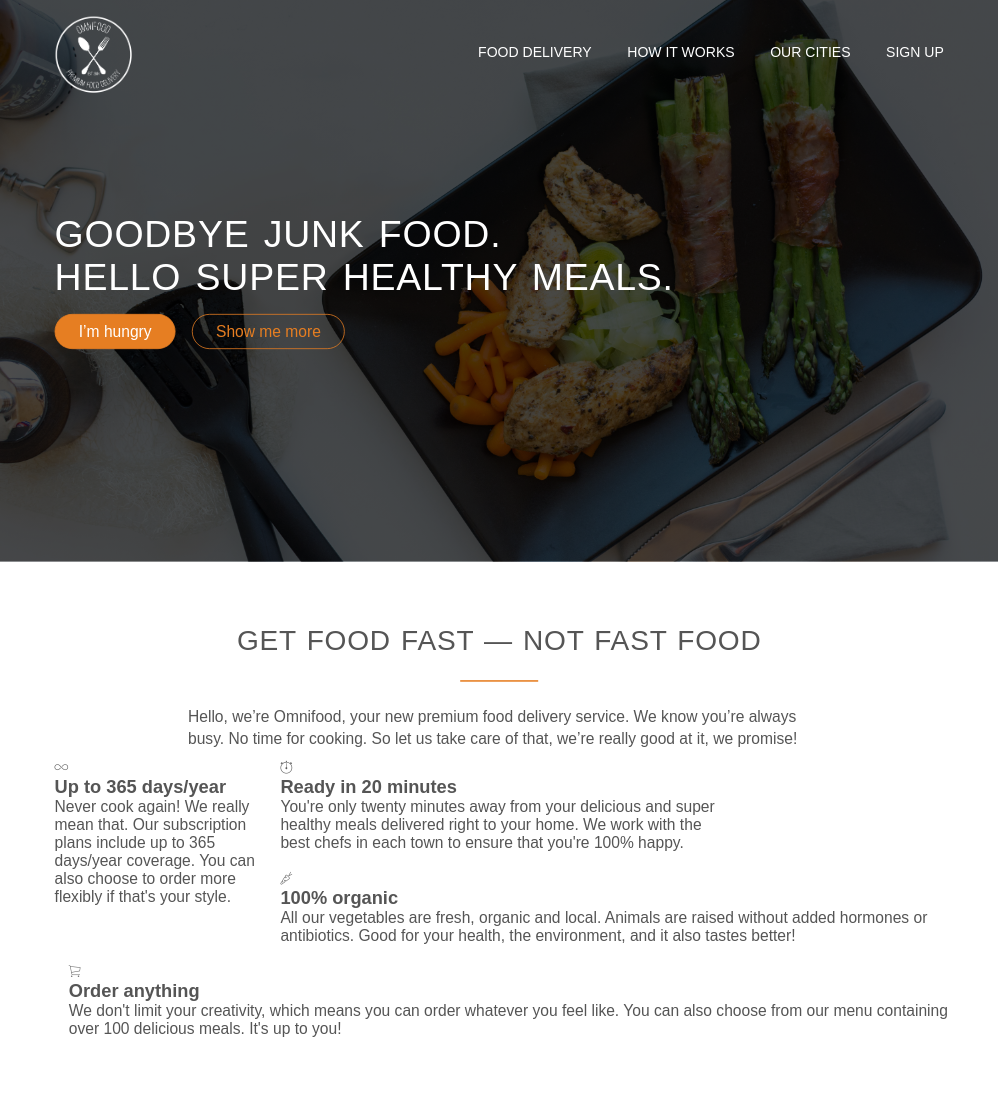
Repository: pboi18/E-Foods
Page: index.html
These files come from the project's save history. The page is drawn as it stood at one moment and after the next save; the edit follows.
The browser window is 1280 px wide. The pictures show the whole page, at 78% of full size.

Above is the page before, as saved 2020-07-10 12:55:28.

### index.html
<!DOCTYPE html>
<html lang="en">
    <head>
        <meta http-equiv="Content-Type" content="text/html;charset=UTF-8">
        <link rel="stylesheet" href="vendors/css/normalize.css">
        <link rel="stylesheet" href="vendors/css/7.1 Grid.css">
        <link rel="stylesheet" href="vendors/css/ionicons.min.css">
        <link rel="stylesheet" href="resources/css/style.css">
        <link href='http://fonts.googleapis.com/css?family=Lato:100,300,400,300italic' rel='stylesheet' type='text/css'>
        <title>Ominifoods</title>
    </head>

    <body>
        <header>
            <nav>
                <div class="row">
                    <img src="resources/img/logo-white.png" alt="Ominifood logo" class="logo">

                    <ul class="main-nav">
                        <li><a href="#">Food delivery</a></li>
                        <li><a href="#">How it works</a></li>
                        <li><a href="#">Our cities</a></li>
                        <li><a href="#">Sign up</a></li>
                    </ul>

                </div>
            </nav>
            <div class="hero-text-box">
                <h1>Goodbye junk food. <br> Hello super healthy meals.</h1>
                <a href="#" class="btn btn-full">I’m hungry </a>
                <a href="#" class="btn btn-ghost">Show me more </a>
            </div>

        </header>

        <section class="section-features">
            <div class="row">
                <h2>Get food fast &mdash; not fast food</h2>
                <p class="long-copy">
                    Hello, we’re Omnifood, your new premium food delivery service. We know you’re always busy. No time for cooking. So let us take care of that, we’re really good at it, we promise!
                </p>
            </div>

            <div class="row">
                <div class="col span-1-of-4 box">
                    <e class="ion-ios-infinite-outline"></e>
                    <h3>Up to 365 days/year</h3>
                    <p>
                        Never cook again! We
                        really mean that. Our subscription
                        plans include up to 365
                        days/year coverage. You can
                        also choose to order more
                        flexibly if that's your style.
                    </p>
                </div>

                <div class="col span-2-of-4 box">
                    <e class="ion-ios-stopwatch-outline"></e>
                    <h3>Ready in 20 minutes</h3>
                    <p>
                        You're only twenty minutes
                        away from your delicious and
                        super healthy meals delivered
                        right to your home. We work
                        with the best chefs in each
                        town to ensure that you're
                        100% happy.
                    </p>
                </div>

                <div class="col span-3-of-4 box">
                    <e class="ion-ios-nutrition-outline"></e>
                    <h3>100% organic</h3>
                    <p>
                        All our vegetables are fresh, organic and local. Animals are raised without added hormones or antibiotics. Good for your health, the environment, and it also tastes better!
                    </p>
                </div>

                <div class="col span-4-of-4 box">
                    <e class="ion-ios-cart-outline"></e>
                    <h3>Order anything</h3>
                    <p>
                        We don't limit your creativity, which means you can order whatever you feel like. You can also choose from our menu containing over 100 delicious meals. It's up to you!
                    </p>
                </div>
            </div>
        </section>
    </body>
</html>

### resources/css/style.css
/*  --------------------------- */
/*  BASIC SETUP */
/*  --------------------------- */

* {
    margin: 0;
    padding: 0;
    box-sizing: border-box;
}

html {
    background-color: #fff;
    color: #555;
    font-family: Arial, Helvetica, sans-serif,'Lato';
    font-weight: 300;
    font-size: 20px;
    text-rendering: optimizeLegibility;
}


/*  --------------------------- */
/*  REUSEABLE COMPONENTS */
/*  --------------------------- */


.row {
    max-width: 1140px;
    margin: 0 auto;
}

section {
    padding: 80px 0;
}

/*  --------------------------- */
/*  HEADINGS */
/*  --------------------------- */

h1,
h2 {

    font-weight: 300;
    text-transform: uppercase;
    letter-spacing: 1px;
}

h1 {
    margin-top: 0;
    margin-bottom: 20px;
    color: #fff;
    font-size: 240%;
    word-spacing: 4px;
}

h2 {
    font-size: 180%;
    word-spacing: 2px;
    text-align: center;
    margin-bottom: 30px;
}

h2:after {
    display: block;
    height: 2px;
    background-color: #e67e22;
    content: " ";
    width: 100px;
    margin: 0 auto;
    margin-top: 30px;
}


/*  --------------------------- */
/*  paragraps*/
/*  --------------------------- */


.long-copy {
    line-height: 145%;
    width: 70%;
    margin-left: 15%;
}

/*  --------------------------- */
/*  BUTTONS */
/*  --------------------------- */

.btn:link,
.btn:visited {
    display: inline-block;
    padding: 10px 30px;
    font-weight: 300;
    text-decoration: none;
    border-radius: 200px;
    transition: all 0.2s;
}


.btn-full:link,
.btn-full:visited {
    background-color: #e67e22;
    border: 1px solid #e67e22;
    color: #fff;
    margin-right: 15px;
}

.btn-ghost:link,
.btn-ghost:visited {
    border: 1px solid #e67e22;
    color: #e67e22;
}

.btn:hover,
.btn:active {
    background-color: #cf6d17;
}


.btn-full:hover,
.btn-full:active {
    border: 1px solid #cf6d17;
}

.btn-ghost:hover,
.btn-ghost:active {
    border: 1px solid #e67e22;
    color: #fff;
}

/*  --------------------------- */
/*  HEADER */
/*  --------------------------- */

header {
    background-image: linear-gradient(rgba(0, 0, 0, 0.7), rgba(0, 0, 0, 0.7)), url(img/hero.jpg);
    background-size: cover;
    background-position: center;
    height: 100vh;
}


.hero-text-box {
    position: absolute;
    width: 1140px;
    top: 50%;
    left: 50%;
    transform: translate(-50%, -50%);
}

.logo {
    height: 100px;
    width: auto;
    float: left;
    margin-top: 20px;
}

.main-nav {
    float: right;
    list-style: none;
    margin-top: 55px;
}

.main-nav li {
    display: inline-block;
    margin-left: 40px;
}

.main-nav li a:link,
.main-nav li a:visited {
    padding: 5px 0px;
    color: #fff;
    text-decoration: none;
    text-transform: uppercase;
    font-size: 90%;
    border-bottom: 2px solid transparent;
    transition: all 0.2s;

}
.main-nav li a:hover,
.main-nav li a:active {
    border-bottom: 2px solid #e67e22;
}


/*  --------------------------- */
/*  FEATURES */
/*  --------------------------- */

Loaded but not shown: vendors/css/normalize.css (library); vendors/css/7.1 Grid.css (library); vendors/css/ionicons.min.css (library)

After the next save:
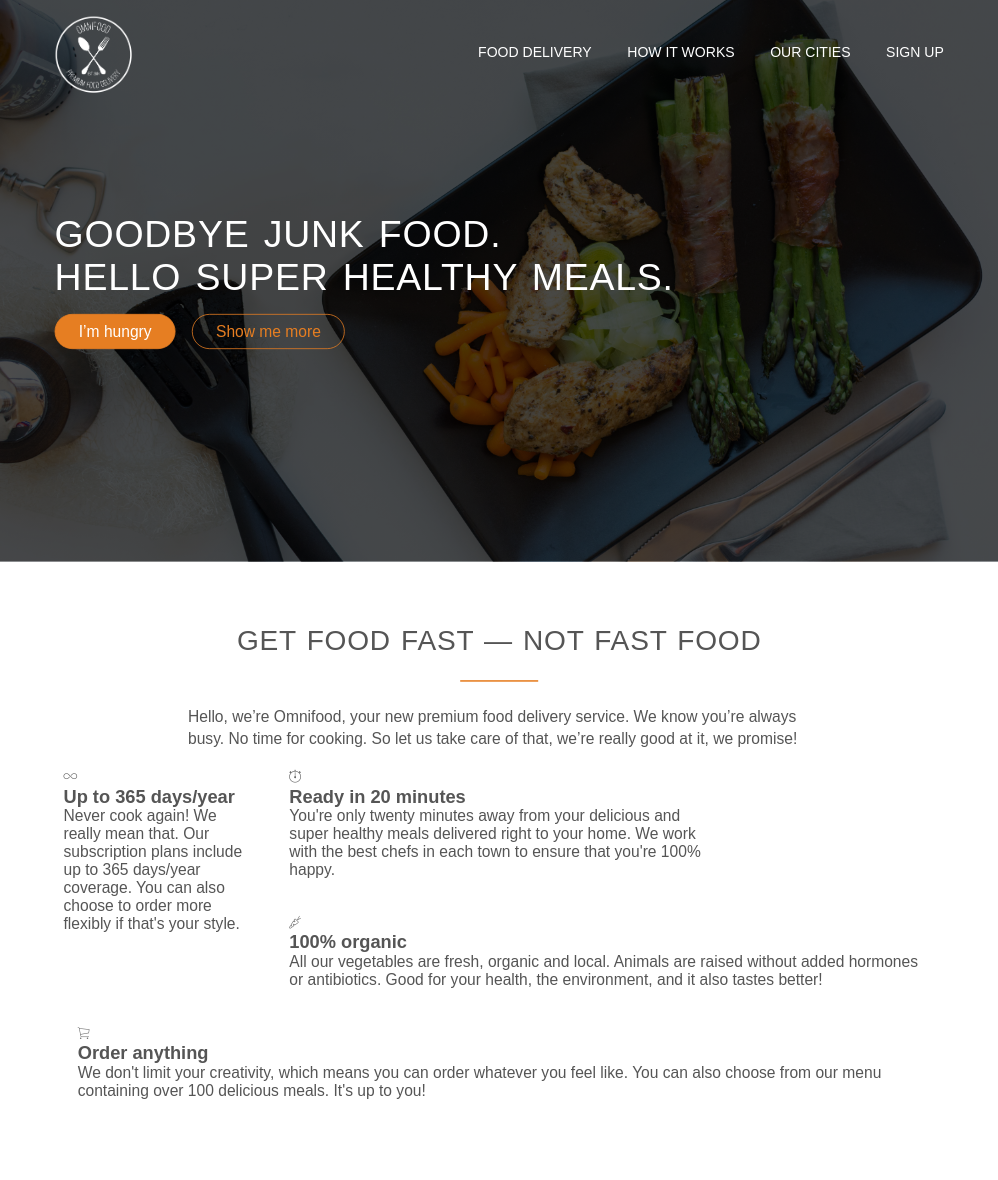
Saved 41 s later.
--- a/resources/css/style.css
+++ b/resources/css/style.css
@@ -30,6 +30,10 @@ html {
 
 section {
     padding: 80px 0;
+}
+
+.box {
+    padding: 1%;
 }
 
 /*  --------------------------- */
